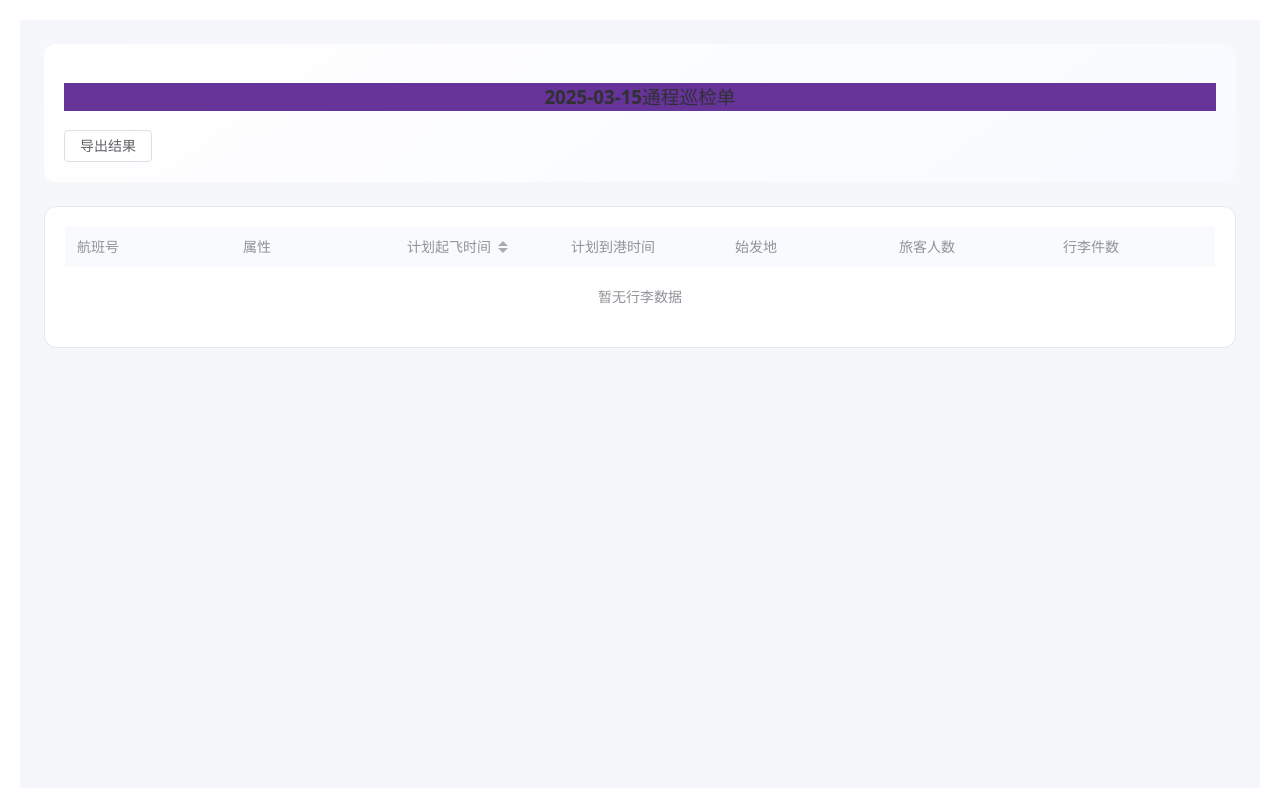
Repository: jhonMacTavish/through-baggage-info-check
Page: / (app in web/)
The author's editor kept a copy of each file at every save. The page is drawn from the files as they stood at one save, then again after the next save.
The browser window is 1280 px wide. The pictures show the whole page.
The page's requests for data from a server got no answer. The project was rebuilt for these pictures with package versions that can differ from the ones it lists, and the page was loaded fresh each time. No one was signed in, and anything a server would have sent is missing. Also part of the build but not shown: web/vite.config.js, web/src/components/Header.vue.

Above is the page before, as saved 2025-03-27 14:49:06.

After the next save:
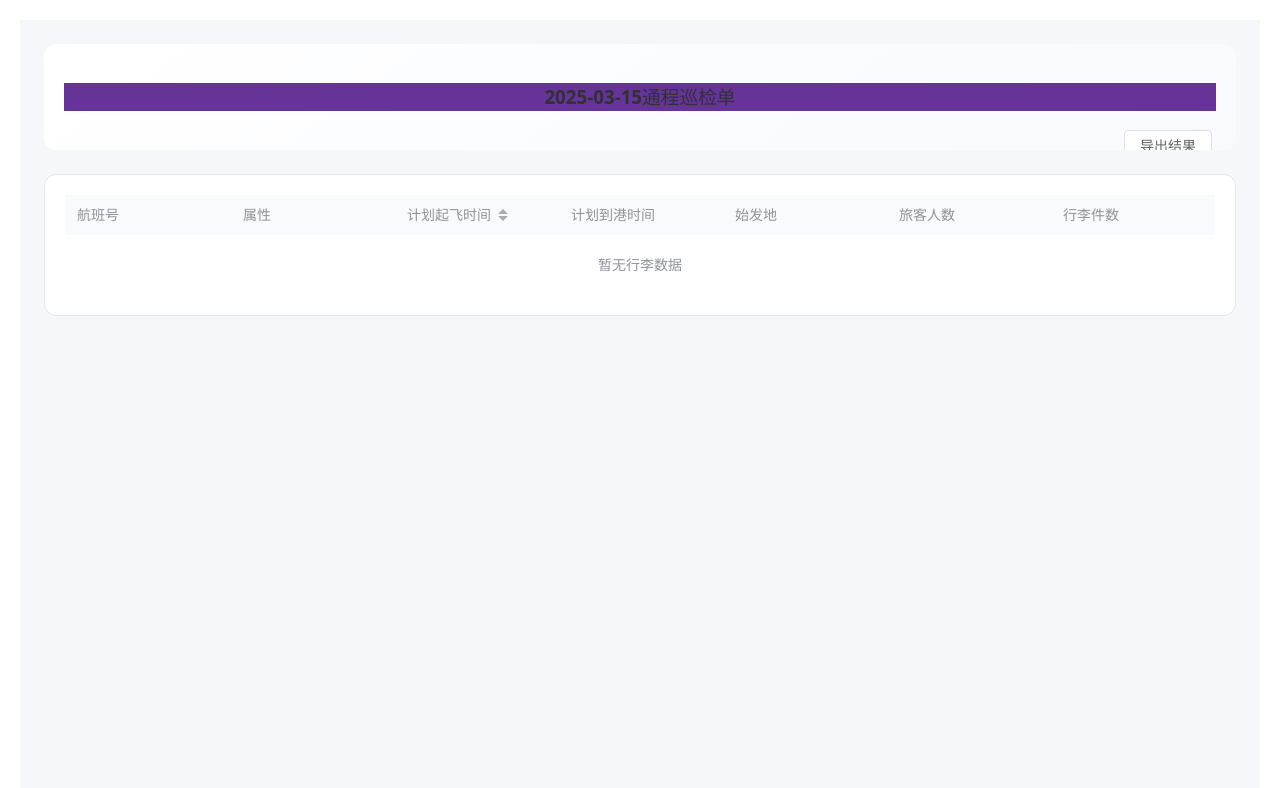
Saved 65 s later.
--- a/web/src/App.vue
+++ b/web/src/App.vue
@@ -2,7 +2,7 @@
  * @Author: john_mactavish 981192661@qq.com
  * @Date: 2025-03-12 09:20:58
  * @LastEditors: john_mactavish 981192661@qq.com
- * @LastEditTime: 2025-03-27 14:49:02
+ * @LastEditTime: 2025-03-27 14:50:11
  * @FilePath: \passengerInfoSearch\web\src\App.vue
 -->
 <script setup>
@@ -91,19 +91,19 @@ onMounted(() => {
   margin-bottom: 24px;
 
   .header-card {
+    position: relative;
     border-radius: 12px;
     background: linear-gradient(145deg, #ffffff 0%, #f8faff 100%);
     border: none;
 
-    .hader-title{
-      position: relative;
+    .hader-title {
       text-align: center;
       background-color: rebeccapurple;
+    }
 
-      .btn-seal{
-        position: absolute;
-        right: 24px;
-      }
+    .btn-seal {
+      position: absolute;
+      right: 24px;
     }
   }
 }
